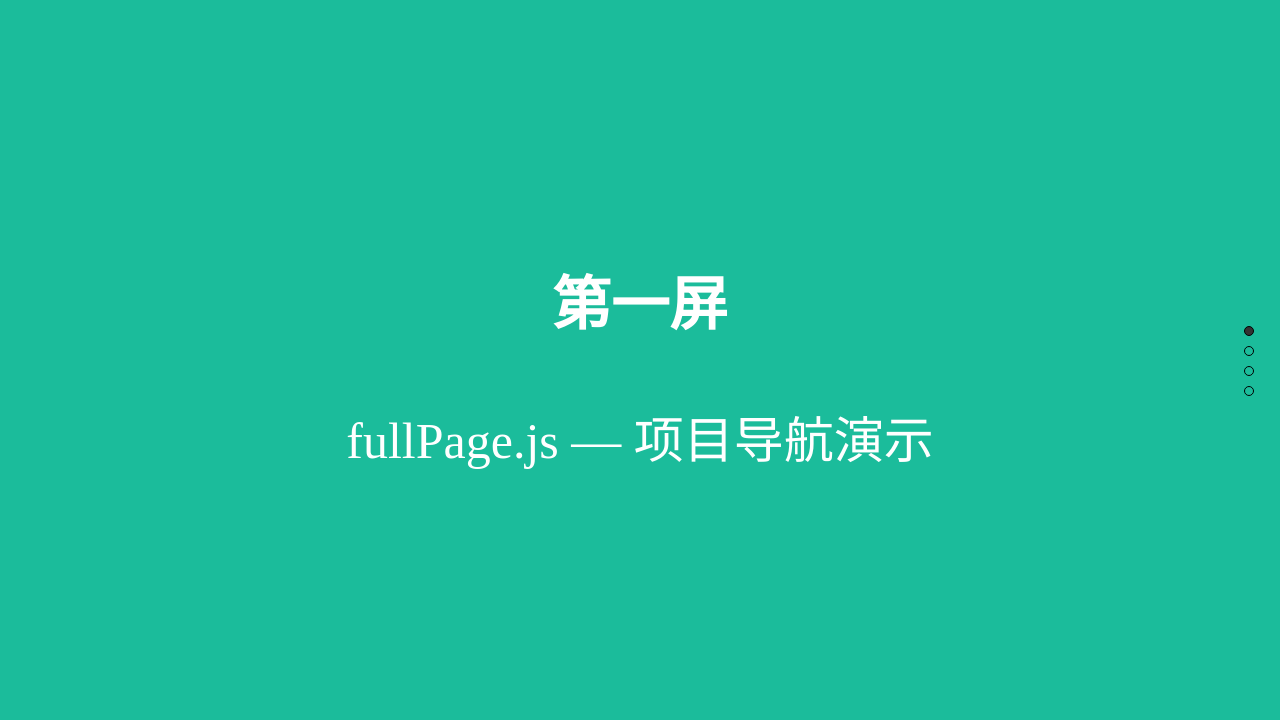
Repository: tfdonna/fontend
Page: js第一阶段/jquery/WebContent/hw02-全屏滚动四屏.html
The author's editor kept a copy of each file at every save. The page is drawn from the files as they stood at one save, then again after the next save.
The browser window is 1280 px wide. The pictures show the whole page.

Above is the page before, as saved 2021-09-06 10:28:42.

After the next save:
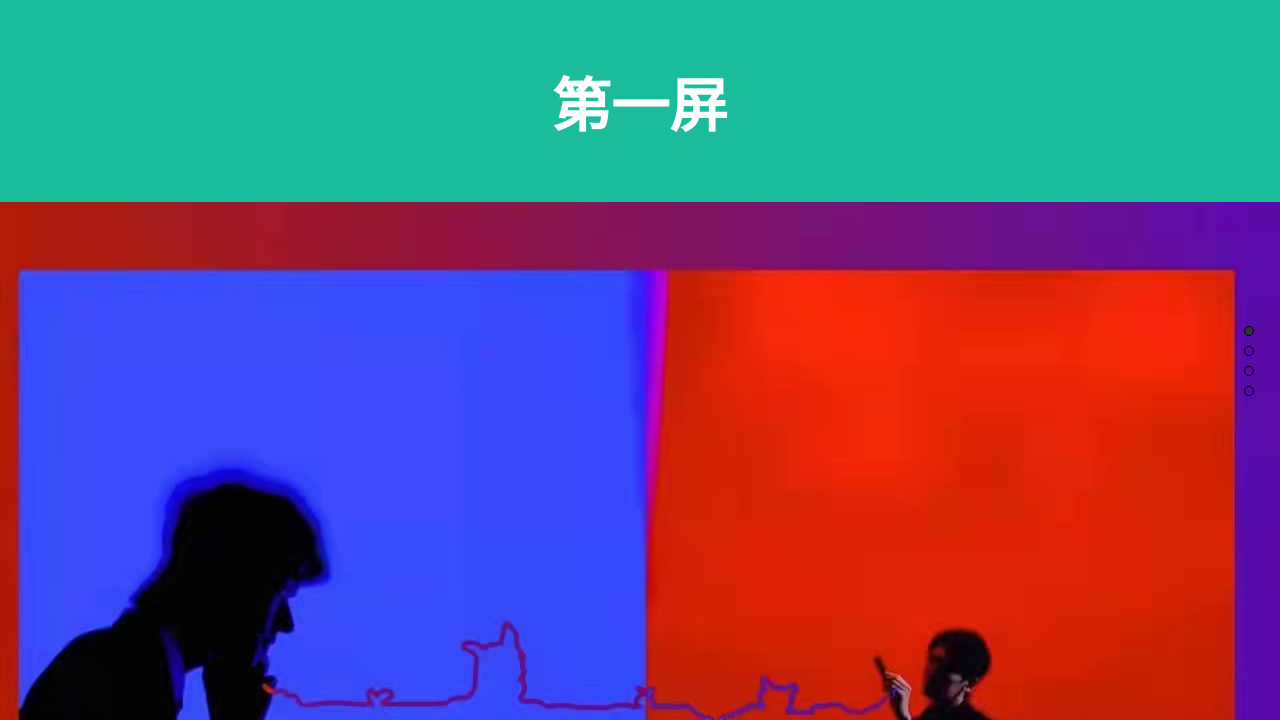
Saved 3 min 20 s later.
--- a/js第一阶段/jquery/WebContent/hw02-全屏滚动四屏.html
+++ b/js第一阶段/jquery/WebContent/hw02-全屏滚动四屏.html
@@ -28,19 +28,19 @@
 	<div id="dowebok">
 	    <div class="section">
 	        <h3>第一屏</h3>
-	        <p>fullPage.js — 项目导航演示</p>
+	        <img alt="" src="images/jz1.jpg" />
 	    </div>
 	    <div class="section">
 	        <h3>第二屏</h3>
-	        <p>请查看右边的圆圈</p>
+	        <img alt="" src="images/jz2.jpg" />
 	    </div>
 	    <div class="section">
 	        <h3>第三屏</h3>
-	        <p>圆圈还可以设置位置，颜色，加上 tip，点击可以控制</p>
+	        <img alt="" src="images/jz3.jpg" />
 	    </div>
 	    <div class="section">
 	        <h3>第四屏</h3>
-	        <p>这是最后一屏</p>
+	        <img alt="" src="images/jz5.jpg" />
 	    </div>
 	</div>
 </body>
